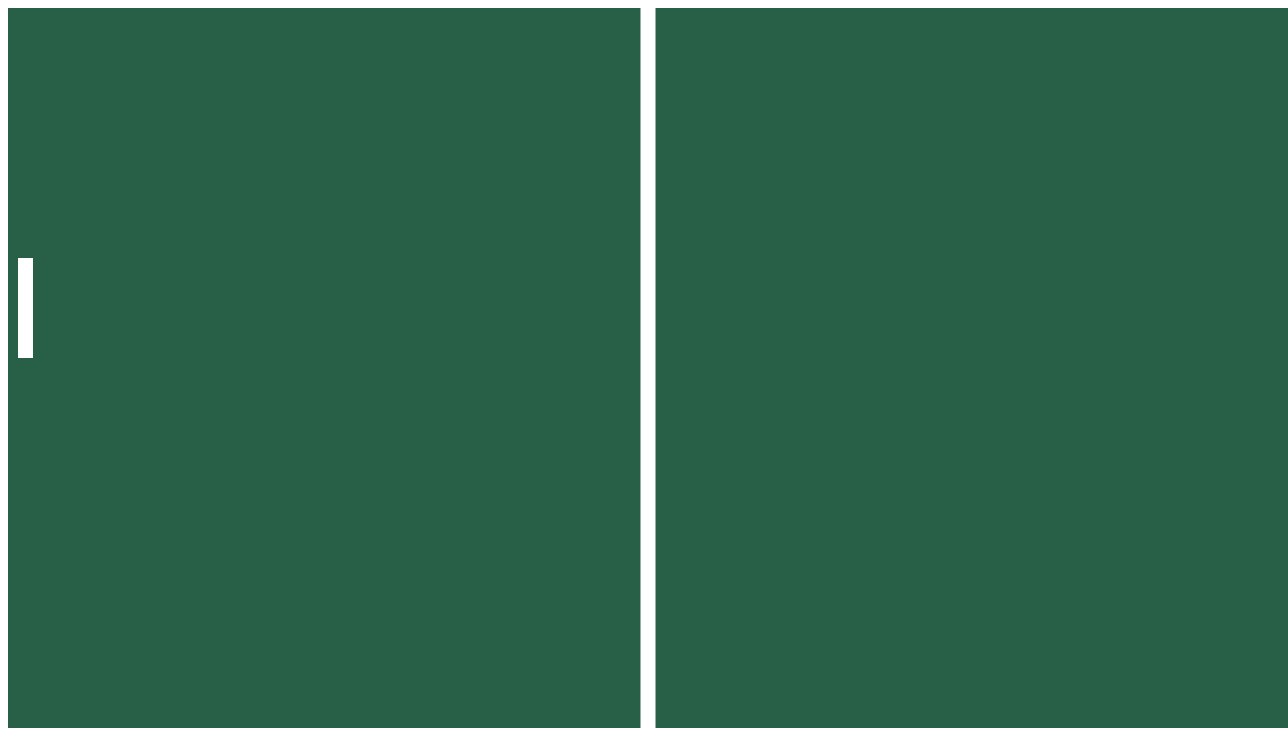
Repository: luizgaivaa/Game
Page: index.html
These files come from the project's save history. The page is drawn as it stood at one moment and after a run of saves; the edit follows.
The browser window is 1280 px wide. The page is 1288 px wide, so the pictures cover 1288 px, including what lies to the right of the window. The pictures show the whole page.

Above is the page before, as saved 2024-03-26 16:14:43.

### index.html
<!DOCTYPE html>
<html lang="en">
<head>
    <meta charset="UTF-8">
    <meta name="viewport" content="width=device-width, initial-scale=1.0">
    <title>Ping_pong</title>
</head>
<body>
    <canvas></canvas>
        <script>
               const canvasEl = document.querySelector("canvas")
        const canvasCtx = canvasEl.getContext("2d")

        const lineWidth = 15
        function setup(){
            canvasEl.width = canvasCtx.width = window.innerWidth
            canvasEl.height = canvasCtx.height = window.innerHeight
        }

        function draw (){
            canvasCtx.fillStyle = "#286047"
            canvasCtx.fillRect(0,0, window.innerWidth, window.innerHeight)

            canvasCtx.fillStyle = "#ffffff"
            const x= window.innerWidth /2 - lineWidth /2
            const y = 0
            const w = lineWidth
            const h = window.innerHeight

            canvasCtx.fillRect(x,y,w,h)
            //raquete esquerda
            canvasCtx.fillRect(10,250,lineWidth,100)

            //raquete direita
            canvasCtx.fillRect(window.innerHeight - lineWidth + 850, 260, lineWidth, 100)




        }
        setup()
        draw()
        </script>


</body>
</html>

After the next 3 saves:
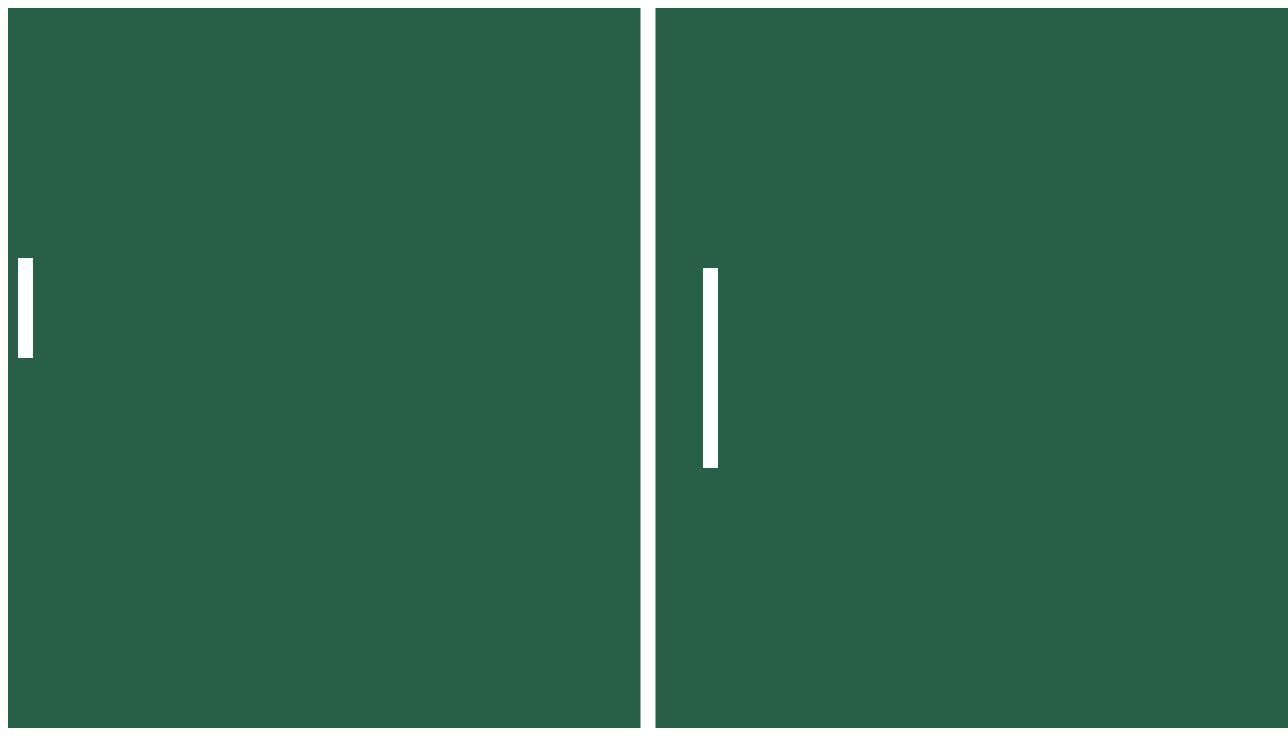
The 3 saves are shown as one change because they came seconds apart.
The last was saved 90 s later.
--- a/index.html
+++ b/index.html
@@ -32,7 +32,7 @@
             canvasCtx.fillRect(10,250,lineWidth,100)
 
             //raquete direita
-            canvasCtx.fillRect(window.innerHeight - lineWidth + 850, 260, lineWidth, 100)
+            canvasCtx.fillRect(window.innerHeight - lineWidth - 10, 260, lineWidth, 200)
 
 
 
